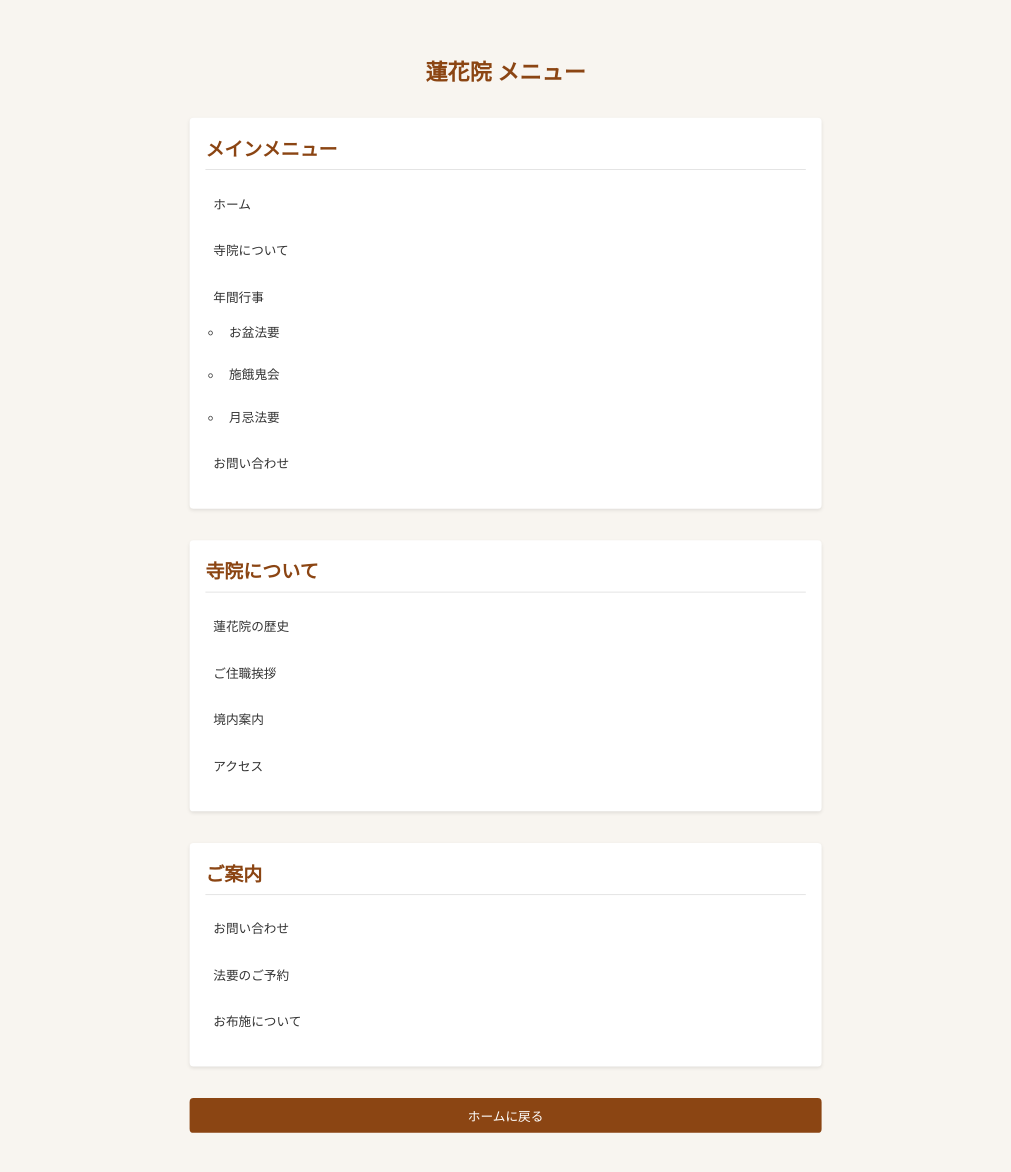
Repository: owl-onoueip/rengein-website
Page: menu.html
The author's editor kept a copy of each file at every save. The page is drawn from the files as they stood at one save, then again after the next save.
The browser window is 1280 px wide. The pictures show the whole page, at 79% of full size.

Above is the page before, as saved 2025-03-08 18:14:38.

### menu.html
<!DOCTYPE html>
<html lang="ja">

<head>
    <meta charset="UTF-8">
    <meta name="viewport" content="width=device-width, initial-scale=1.0">
    <title>メニュー - 蓮花院</title>
    <style>
        body {
            font-family: "ヒラギノ明朝 Pro W3", "Hiragino Mincho Pro", "游明朝", YuMincho, "MS P明朝", "MS PMincho", serif;
            margin: 0;
            padding: 0;
            background-color: #f8f5f0;
            color: #333;
        }

        .menu-container {
            max-width: 800px;
            margin: 0 auto;
            padding: 50px 20px;
        }

        h1 {
            text-align: center;
            color: #8b4513;
            margin-bottom: 40px;
            font-size: 28px;
        }

        .menu-section {
            margin-bottom: 40px;
            background: #fff;
            padding: 20px;
            border-radius: 5px;
            box-shadow: 0 2px 5px rgba(0, 0, 0, 0.1);
        }

        .menu-section h2 {
            color: #8b4513;
            border-bottom: 1px solid #ddd;
            padding-bottom: 10px;
            margin-top: 0;
        }

        .menu-list {
            list-style: none;
            padding: 0;
        }

        .menu-list li {
            margin-bottom: 15px;
        }

        .menu-list a {
            display: block;
            color: #333;
            text-decoration: none;
            padding: 10px;
            border-radius: 3px;
            transition: all 0.3s;
        }

        .menu-list a:hover {
            background-color: rgba(255, 223, 0, 0.2);
            padding-left: 15px;
        }

        .back-button {
            display: block;
            text-align: center;
            margin-top: 30px;
            background-color: #8b4513;
            color: #fff;
            padding: 10px 20px;
            border-radius: 5px;
            text-decoration: none;
            transition: background-color 0.3s;
        }

        .back-button:hover {
            background-color: #6d3611;
        }

        .sub-menu {
            padding-left: 20px;
        }

        .sub-menu li {
            margin-bottom: 10px;
        }
    </style>
</head>

<body>
    <div class="menu-container">
        <h1>蓮花院 メニュー</h1>

        <div class="menu-section">
            <h2>メインメニュー</h2>
            <ul class="menu-list">
                <li><a href="index.html">ホーム</a></li>
                <li><a href="about.html">寺院について</a></li>
                <li>
                    <a href="events.html">年間行事</a>
                    <ul class="sub-menu">
                        <li><a href="events.html#obon">お盆法要</a></li>
                        <li><a href="events.html#seigaki">施餓鬼会</a></li>
                        <li><a href="events.html#monthly">月忌法要</a></li>
                    </ul>
                </li>
                <li><a href="contact.html">お問い合わせ</a></li>
            </ul>
        </div>

        <div class="menu-section">
            <h2>寺院について</h2>
            <ul class="menu-list">
                <li><a href="#">蓮花院の歴史</a></li>
                <li><a href="#">ご住職挨拶</a></li>
                <li><a href="#">境内案内</a></li>
                <li><a href="#">アクセス</a></li>
            </ul>
        </div>

        <div class="menu-section">
            <h2>ご案内</h2>
            <ul class="menu-list">
                <li><a href="#">お問い合わせ</a></li>
                <li><a href="#">法要のご予約</a></li>
                <li><a href="#">お布施について</a></li>
            </ul>
        </div>

        <a href="index.html" class="back-button">ホームに戻る</a>
    </div>
</body>

</html>

After the next save:
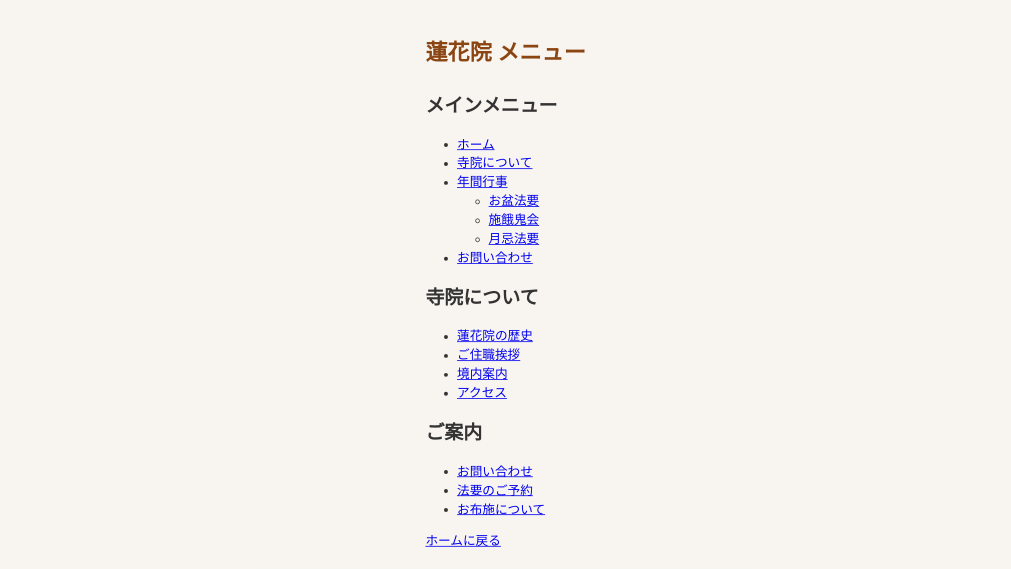
Saved 10 min 3 s later.
--- a/menu.html
+++ b/menu.html
@@ -12,82 +12,89 @@
             padding: 0;
             background-color: #f8f5f0;
             color: #333;
+            min-height: 100vh;
+            display: flex;
+            flex-direction: column;
+            justify-content: center;
         }
 
         .menu-container {
-            max-width: 800px;
+            max-width: 1000px;
             margin: 0 auto;
-            padding: 50px 20px;
+            padding: 20px;
         }
 
         h1 {
             text-align: center;
             color: #8b4513;
-            margin-bottom: 40px;
+            margin-bottom: 30px;
             font-size: 28px;
         }
 
-        .menu-section {
-            margin-bottom: 40px;
-            background: #fff;
-            padding: 20px;
-            border-radius: 5px;
-            box-shadow: 0 2px 5px rgba(0, 0, 0, 0.1);
-        }
+        .menu-grid {
+            display: grid;
 
-        .menu-section h2 {
-            color: #8b4513;
-            border-bottom: 1px solid #ddd;
-            padding-bottom: 10px;
-            margin-top: 0;
-        }
+            .menu-section {
+                margin-bottom: 40px;
+                background: #fff;
+                padding: 20px;
+                border-radius: 5px;
+                box-shadow: 0 2px 5px rgba(0, 0, 0, 0.1);
+            }
 
-        .menu-list {
-            list-style: none;
-            padding: 0;
-        }
+            .menu-section h2 {
+                color: #8b4513;
+                border-bottom: 1px solid #ddd;
+                padding-bottom: 10px;
+                margin-top: 0;
+            }
 
-        .menu-list li {
-            margin-bottom: 15px;
-        }
+            .menu-list {
+                list-style: none;
+                padding: 0;
+            }
 
-        .menu-list a {
-            display: block;
-            color: #333;
-            text-decoration: none;
-            padding: 10px;
-            border-radius: 3px;
-            transition: all 0.3s;
-        }
+            .menu-list li {
+                margin-bottom: 15px;
+            }
 
-        .menu-list a:hover {
-            background-color: rgba(255, 223, 0, 0.2);
-            padding-left: 15px;
-        }
+            .menu-list a {
+                display: block;
+                color: #333;
+                text-decoration: none;
+                padding: 10px;
+                border-radius: 3px;
+                transition: all 0.3s;
+            }
 
-        .back-button {
-            display: block;
-            text-align: center;
-            margin-top: 30px;
-            background-color: #8b4513;
-            color: #fff;
-            padding: 10px 20px;
-            border-radius: 5px;
-            text-decoration: none;
-            transition: background-color 0.3s;
-        }
+            .menu-list a:hover {
+                background-color: rgba(255, 223, 0, 0.2);
+                padding-left: 15px;
+            }
 
-        .back-button:hover {
-            background-color: #6d3611;
-        }
+            .back-button {
+                display: block;
+                text-align: center;
+                margin-top: 30px;
+                background-color: #8b4513;
+                color: #fff;
+                padding: 10px 20px;
+                border-radius: 5px;
+                text-decoration: none;
+                transition: background-color 0.3s;
+            }
 
-        .sub-menu {
-            padding-left: 20px;
-        }
+            .back-button:hover {
+                background-color: #6d3611;
+            }
 
-        .sub-menu li {
-            margin-bottom: 10px;
-        }
+            .sub-menu {
+                padding-left: 20px;
+            }
+
+            .sub-menu li {
+                margin-bottom: 10px;
+            }
     </style>
 </head>
 
